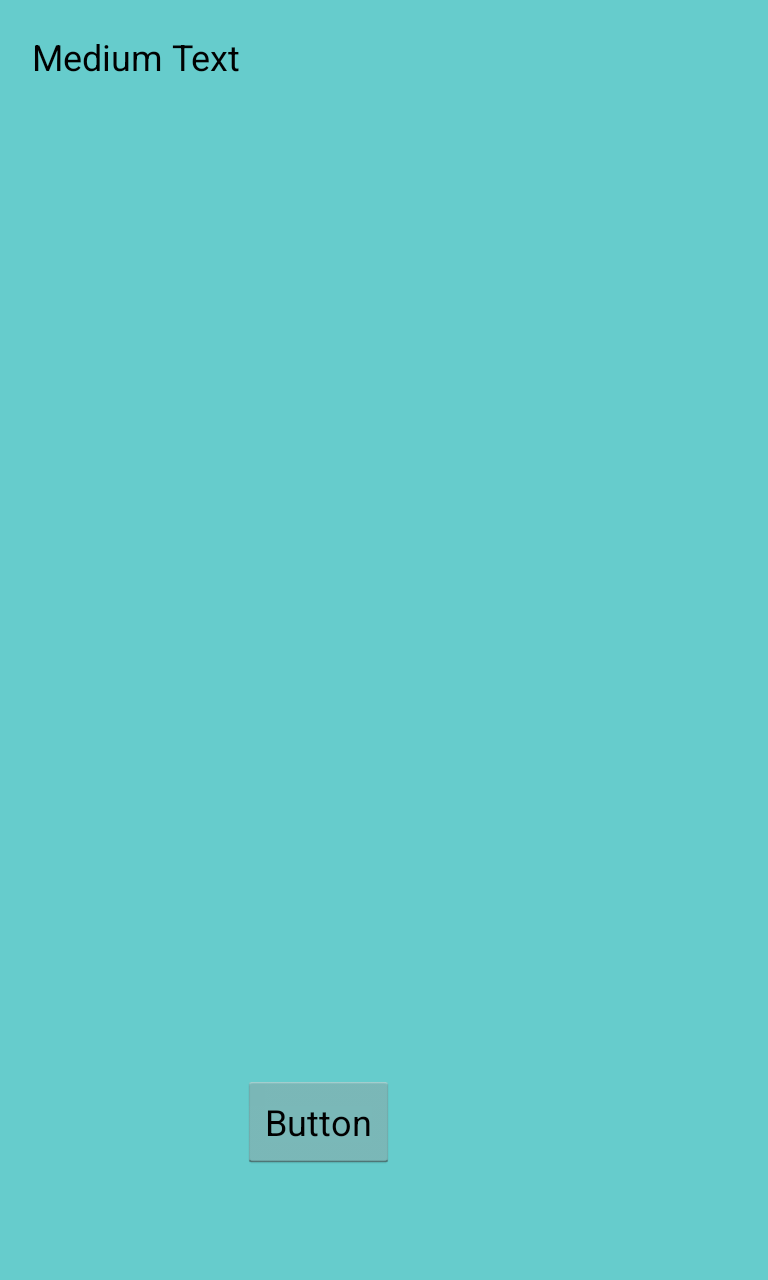
Repository: rosingrr/EECE-Andriod-APP-SympMeds
Layout: app/SympMeds/res/layout/activity_main.xml
These files come from the project's save history. The layout is drawn as it stood at one moment and after the next save; the edit follows.
It is drawn on a 768 x 1280 px phone screen (xhdpi) without system bars, with theme AppTheme; the app's code is not run.

Above is the layout before, as saved 2013-07-16 18:45:14.

After the next save:
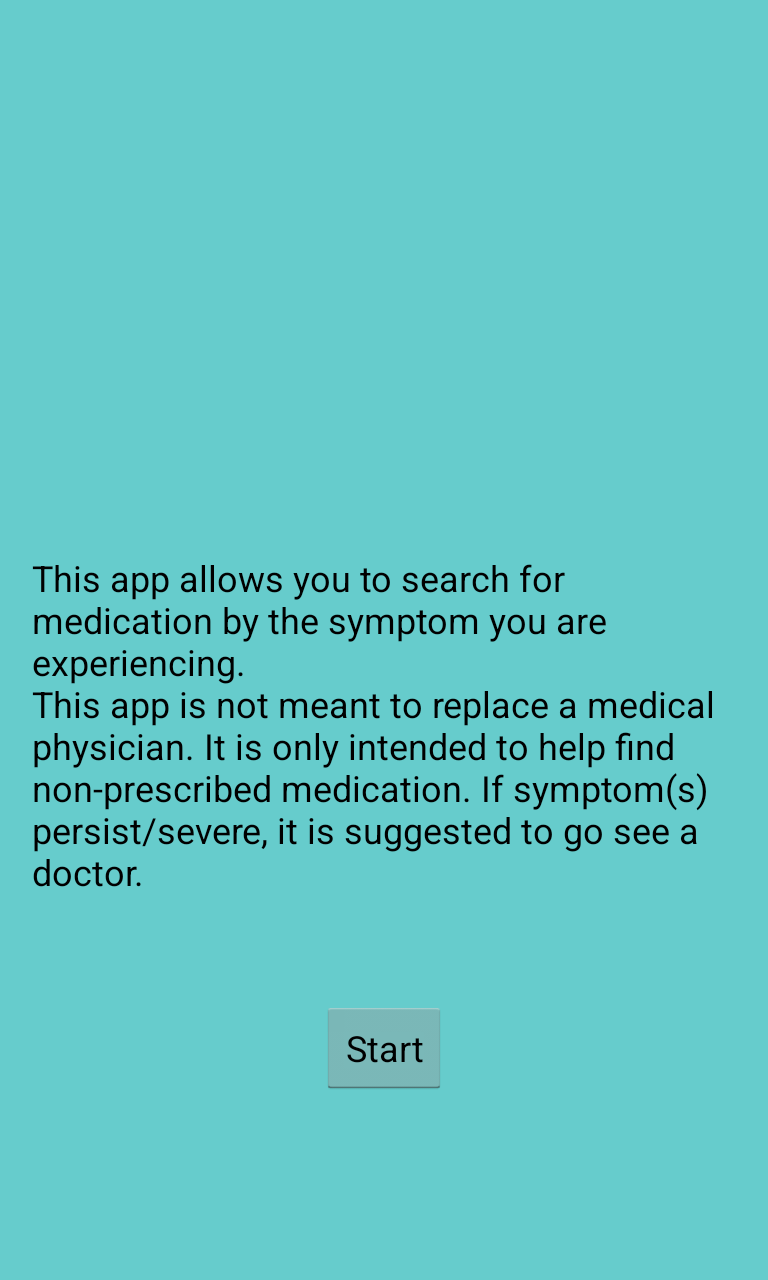
Saved 10 min 13 s later.
--- a/app/SympMeds/res/layout/activity_main.xml
+++ b/app/SympMeds/res/layout/activity_main.xml
@@ -9,20 +9,24 @@
     android:paddingTop="@dimen/activity_vertical_margin"
     tools:context=".MainActivity" >
 
-    <TextView
-        android:id="@+id/textView1"
-        android:layout_width="wrap_content"
-        android:layout_height="wrap_content"
-        android:text="Medium Text"
-        android:textAppearance="?android:attr/textAppearanceMedium" />
-
     <Button
         android:id="@+id/button1"
         android:layout_width="wrap_content"
         android:layout_height="wrap_content"
         android:layout_alignParentBottom="true"
-        android:layout_marginBottom="39dp"
-        android:layout_toRightOf="@+id/textView1"
-        android:text="Button" />
+        android:layout_centerHorizontal="true"
+        android:layout_marginBottom="76dp"
+        android:text="@string/start"
+        android:onClick="start" />
+
+    <TextView
+        android:id="@+id/textView1"
+        android:layout_width="wrap_content"
+        android:layout_height="wrap_content"
+        android:layout_above="@+id/button1"
+        android:layout_centerHorizontal="true"
+        android:layout_marginBottom="52dp"
+        android:text="@string/description"
+        android:textAppearance="?android:attr/textAppearanceMedium" />
 
 </RelativeLayout>
